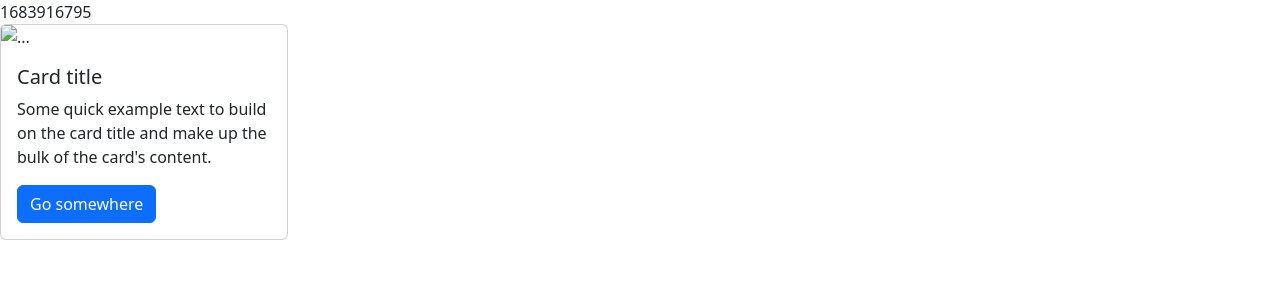
Repository: owuraku/DBC28.1
Page: http://localhost/employees
The author's editor kept a copy of each file at every save. The page is drawn from the files as they stood at one save, then again after the next save.
The browser window is 1280 px wide. The pictures show the whole page.
The page is served by the project's Laravel application, run on PHP 8.4 with Laravel 10.

Above is the page before, as saved 2023-05-19 09:54:13.

After the next save:
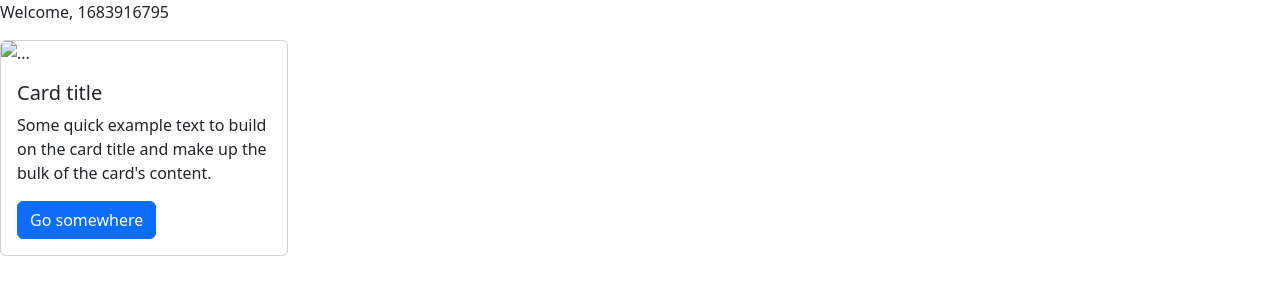
Saved 2 min 3 s later.
--- a/resources/views/myFirstView.blade.php
+++ b/resources/views/myFirstView.blade.php
@@ -12,7 +12,10 @@
 
 <body>
 
-    {{ time() }}
+    <p>
+        Welcome, {{ time() }}
+    </p>
+
 
     <div class="card" style="width: 18rem;">
         <img src="..." class="card-img-top" alt="...">
